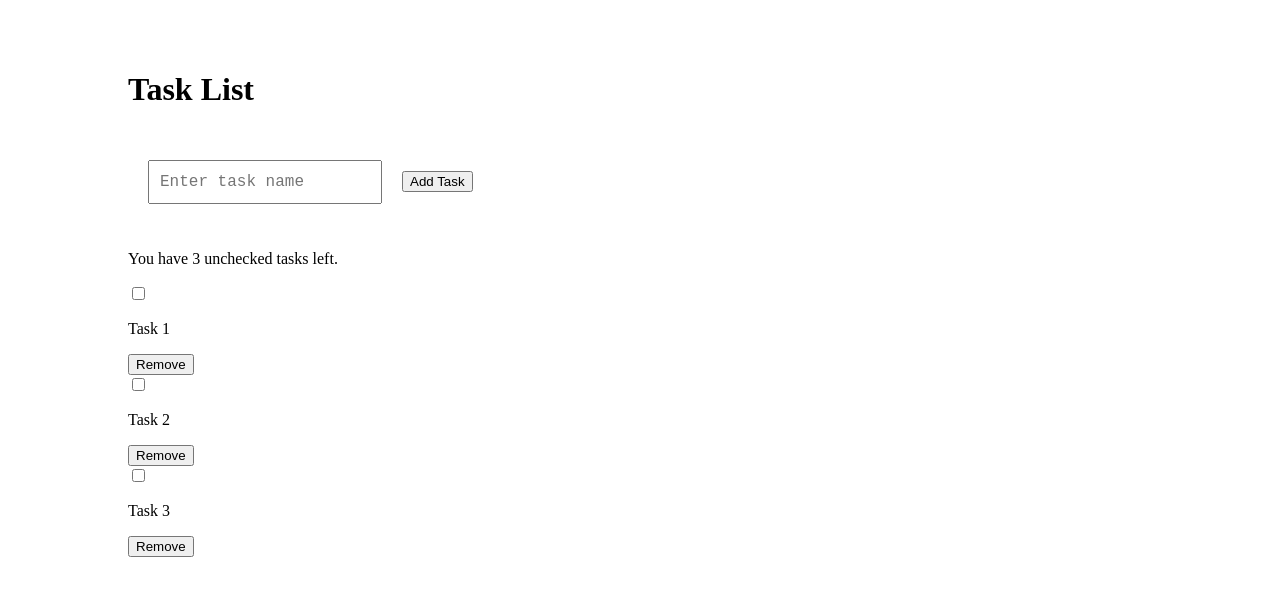
Repository: SandyLy453/task-list
Page: /
An editor plug-in stored every save of this project. The page is shown before and after the next save, followed by the edit.
The browser window is 1280 px wide. The pictures show the whole page.
The project was rebuilt for these pictures with package versions that can differ from the ones it lists, and the page was loaded fresh each time. Also part of the build but not shown: vite.config.js.

Above is the page before, as saved 2024-10-11 15:19:28.

### src/App.jsx
import { useState } from 'react';
import Task from './components/Task';
import TaskForm from './components/TaskForm';

function App() {
  const [tasks, setTasks] = useState([
    { name: 'Task 1', checked: false },
    { name: 'Task 2', checked: false },
    { name: 'Task 3', checked: false }
  ]);

  // Function to calculate the number of unchecked tasks
  const getUncheckedCount = () => {
    return tasks.filter((task) => !task.checked).length;
  };

  // Function to add a new task
  const addTask = (taskName) => {
    setTasks([...tasks, { name: taskName, checked: false }]); // New tasks are unchecked by default
  };

  // Function to remove a task
  const removeTask = (taskName) => {
    setTasks(tasks.filter((task) => task.name !== taskName));
  };

  // Function to toggle the task status
  const toggleTaskStatus = (taskName) => {
    const updatedTasks = tasks.map((task) =>
      task.name === taskName ? { ...task, checked: !task.checked } : task
    );
    setTasks(updatedTasks); // Update the task's checked status in the parent state
  };

  return (
    <>
      <div className="container">
        <h1>Task List</h1>
        <TaskForm addTask={addTask} />
        <p>You have {getUncheckedCount()} unchecked tasks left.</p>
        <div>
          {tasks.map((task, index) => (
            <Task
              key={index}
              name={task.name}
              checked={task.checked}
              toggleTaskStatus={toggleTaskStatus}
              removeTask={removeTask}
            />
          ))}
        </div>
      </div>
    </>
  );
}

export default App;

### src/index.css
.container {
  padding: 20px;
  margin: 30px 100px;
}

.inputBox {
  padding: 10px 0 10px 0;
}

.input {
  height: 20px;
  padding: 10px;
  font-size: 16px;
  font-family: monospace;
  margin: 20px;
}

### src/components/Task.jsx
import { useRef, useEffect } from "react";

export default function Task({ name, checked, removeTask, toggleTaskStatus }) {
  const checkboxRef = useRef(null);
  const taskNameRef = useRef(null);

  useEffect(() => {
    const checkbox = checkboxRef.current;
    const crossText = taskNameRef.current;

    // Handle the initial checked state
    if (checked) {
      checkbox.checked = true;
      crossText.style.textDecoration = "line-through";
    } else {
      checkbox.checked = false;
      crossText.style.textDecoration = "none";
    }

    const handleCheckBoxChange = () => {
      toggleTaskStatus(name);
    };

    checkbox.addEventListener("change", handleCheckBoxChange);

    return () => {
      checkbox.removeEventListener("change", handleCheckBoxChange);
    };
  }, [name, checked, toggleTaskStatus]);

  return (
    <>
      <div className="task">
        <label>
          <input type="checkbox" ref={checkboxRef} />
        </label>
        <p ref={taskNameRef}>{name}</p>
        <button className="task-delete" onClick={() => removeTask(name)}>
          Remove
        </button>
      </div>
    </>
  );
}

### src/components/TaskForm.jsx
import { useState } from "react";

export default function TaskForm({ addTask }) {
  const [inputValue, setInputValue] = useState("");

  const handleSubmit = (e) => {
    e.preventDefault();
    if (inputValue.trim() !== "") {
      addTask(inputValue);
      setInputValue(""); // clear the input
    }
  };

  return (
    <form onSubmit={handleSubmit} className="inputBox">
      <input
        type="text"
        value={inputValue}
        onChange={(e) => setInputValue(e.target.value)}
        placeholder="Enter task name"
        className="input"
      />
      <button type="submit" className="sm-btn">Add Task</button>
    </form>
  );
}

Loaded but not shown: index.html (common file); src/main.jsx (common file)

After the next save:
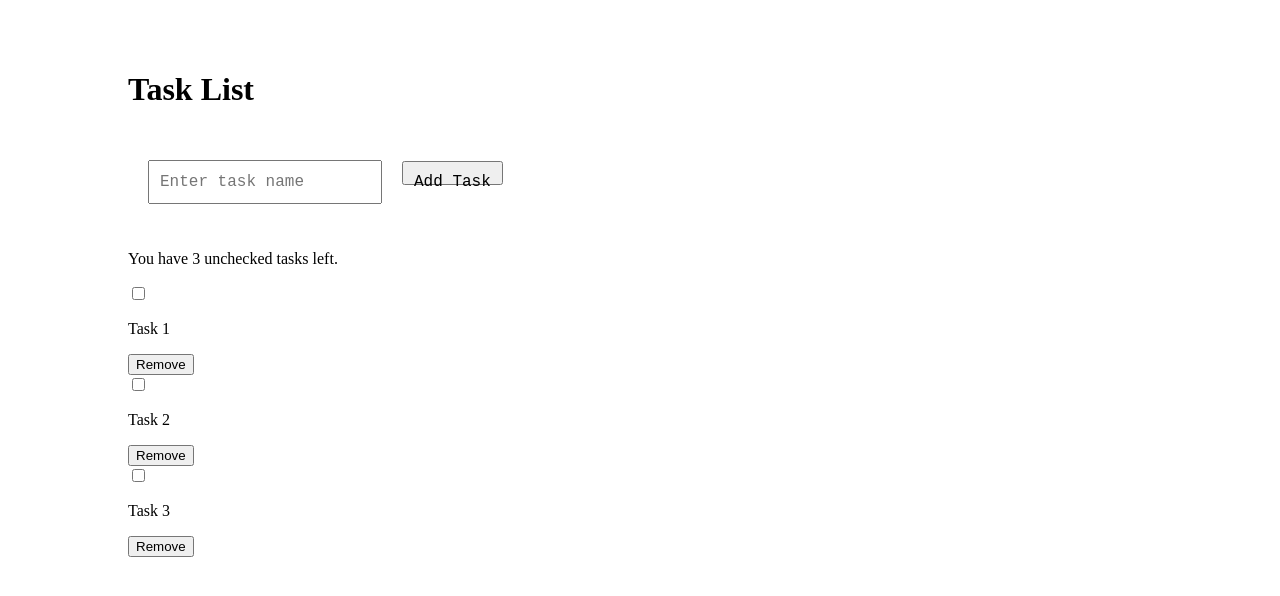
Saved 25 s later.
--- a/src/index.css
+++ b/src/index.css
@@ -14,3 +14,10 @@
   font-family: monospace;
   margin: 20px;
 }
+
+.sm-btn{
+  height: 20px;
+  padding: 10px;
+  font-size: 16px;
+  font-family: monospace;
+}
